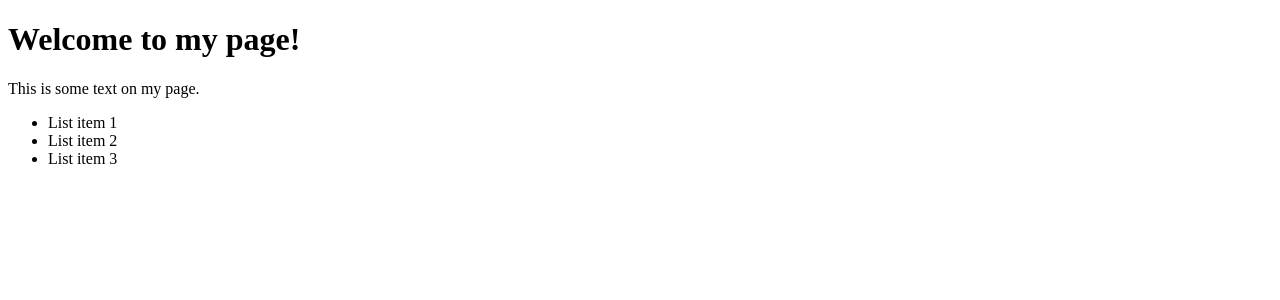
Repository: katvengo/plutuscircle
Page: public/index.html
An editor plug-in stored every save of this project. The page is shown before and after the next save, followed by the edit.
The browser window is 1280 px wide. The pictures show the whole page.

Above is the page before, as saved 2023-05-13 09:39:35.

### public/index.html
<!DOCTYPE html>
<html>
  <head>
    <title>Plutus Circle</title>
  </head>
  <body>
    <h1>Welcome to my page!</h1>
    <p>This is some text on my page.</p>
    <ul>
      <li>List item 1</li>
      <li>List item 2</li>
      <li>List item 3</li>
    </ul>
  </body>
</html>

After the next save:
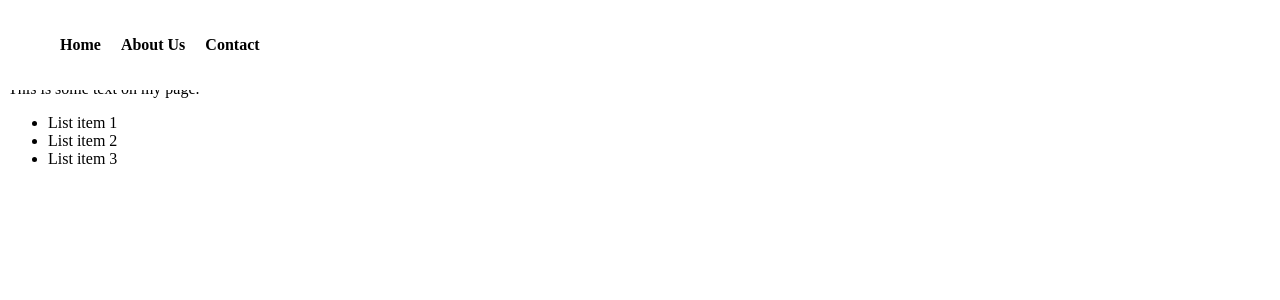
Saved 5 min 50 s later.
--- a/public/index.html
+++ b/public/index.html
@@ -13,3 +13,113 @@
     </ul>
   </body>
 </html>
+
+
+<!DOCTYPE html>
+<html>
+  <head>
+    <title>Hamburger Menu Example</title>
+    <style>
+      /* styles for hamburger menu icon */
+      .hamburger {
+        display: none;
+        cursor: pointer;
+        position: absolute;
+        top: 20px;
+        left: 20px;
+        z-index: 999;
+      }
+
+      .hamburger span {
+        display: block;
+        width: 30px;
+        height: 3px;
+        margin-bottom: 5px;
+        position: relative;
+        background: #000;
+        border-radius: 3px;
+      }
+
+      /* styles for navigation menu */
+      nav {
+        display: flex;
+        justify-content: space-between;
+        align-items: center;
+        background: #fff;
+        padding: 20px;
+        position: fixed;
+        top: 0;
+        left: 0;
+        width: 100%;
+        z-index: 998;
+      }
+
+      nav ul {
+        display: flex;
+        list-style: none;
+      }
+
+      nav ul li {
+        margin-right: 20px;
+      }
+
+      nav ul li a {
+        text-decoration: none;
+        color: #000;
+        font-weight: bold;
+      }
+
+      @media (max-width: 768px) {
+        nav ul {
+          display: none;
+        }
+
+        .hamburger {
+          display: block;
+        }
+
+        nav.active ul {
+          display: flex;
+          flex-direction: column;
+          position: fixed;
+          top: 100px;
+          left: 0;
+          width: 100%;
+          background: #fff;
+          padding: 20px;
+        }
+
+        nav.active ul li {
+          margin-right: 0;
+        }
+      }
+    </style>
+  </head>
+  <body>
+    <nav>
+      <!-- hamburger icon -->
+      <div class="hamburger">
+        <span></span>
+        <span></span>
+        <span></span>
+      </div>
+
+      <!-- navigation menu -->
+      <ul>
+        <li><a href="#">Home</a></li>
+        <li><a href="#">About Us</a></li>
+        <li><a href="#">Contact</a></li>
+      </ul>
+    </nav>
+
+    <script>
+      /* toggle active class on hamburger and nav */
+      const hamburger = document.querySelector('.hamburger');
+      const nav = document.querySelector('nav');
+
+      hamburger.addEventListener('click', () => {
+        nav.classList.toggle('active');
+      });
+    </script>
+  </body>
+</html>
